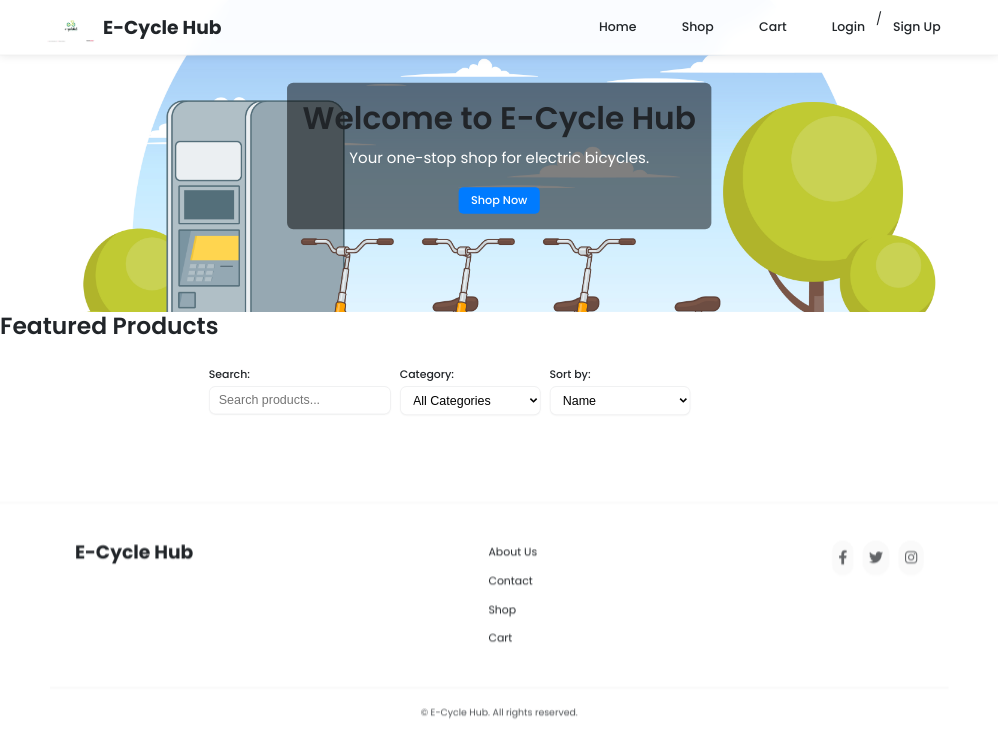
Repository: Rutuja-g/E-Cycle-Hub
Page: public/index.html
The author's editor kept a copy of each file at every save. The page is drawn from the files as they stood at one save, then again after the next save.
The browser window is 1280 px wide. The pictures show the whole page, at 78% of full size.

Above is the page before, as saved 2025-10-25 20:04:02.
Console error: ReferenceError: Utils is not defined

### public/index.html
<!DOCTYPE html>
<html lang="en">
  <head>
    <meta charset="UTF-8" />
    <meta name="viewport" content="width=device-width, initial-scale=1.0" />
    <title>E-Cycle Hub</title>
    <link rel="icon" href="favicon.ico" type="image/x-icon" />
    <link rel="preconnect" href="https://fonts.googleapis.com" />
    <link rel="preconnect" href="https://fonts.gstatic.com" crossorigin />
    <link
      href="https://fonts.googleapis.com/css2?family=Poppins:wght@300;400;500;600;700&display=swap"
      rel="stylesheet"
    />
    <link rel="stylesheet" href="css/reset.css" />
    <link rel="stylesheet" href="css/variables.css" />
    <link rel="stylesheet" href="css/main.css" />
    <link
      rel="stylesheet"
      href="https://cdnjs.cloudflare.com/ajax/libs/font-awesome/6.0.0/css/all.min.css"
    />
  </head>
  <body>
    <header>
      <div id="header"></div>
    </header>

    <main>
      <section class="hero">
        <img
          src="assets/images/banner.jpg"
          alt="E-Cycle Hub Banner"
          class="hero-banner"
        />
        <div class="hero-content">
          <h1>Welcome to E-Cycle Hub</h1>
          <p>Your one-stop shop for electric bicycles.</p>
          <a href="shop.html" class="btn">Shop Now</a>
        </div>
      </section>

      <section class="featured-products">
        <h2>Featured Products</h2>
        <div class="grid--featured"></div>
      </section>
    </main>

    <footer>
      <div id="footer"></div>
    </footer>

    <script src="js/components.js"></script>
    <script src="js/main.js"></script>
    <script src="js/auth.js"></script>
  </body>
</html>

### public/css/reset.css
html
/* CSS Reset */
* {
    margin: 0;
    padding: 0;
    box-sizing: border-box;
}

html, body {
    height: 100%;
    font-family: Arial, sans-serif;
}

img {
    max-width: 100%;
    height: auto;
}

a {
    text-decoration: none;
    color: inherit;
}

ul {
    list-style: none;
}

button {
    cursor: pointer;
}

### public/css/variables.css
:root {
  /* Color Palette */
  --primary-color: #007bff; /* Electric Blue */
  --primary-hover: #0056b3; /* Darker Blue for hover */
  --secondary-color: #28a745; /* Success Green */
  --secondary-hover: #218838; /* Darker Green */
  --accent-color: #ffc107; /* Warning Yellow */
  --accent-hover: #e0a800; /* Darker Yellow */
  --danger-color: #dc3545; /* Danger Red */
  --danger-hover: #c82333; /* Darker Red */

  /* Neutral Colors */
  --background-color: #ffffff; /* Pure White */
  --surface-color: #f8f9fa; /* Light Gray Surface */
  --card-color: #ffffff; /* Card Background */
  --text-color: #212529; /* Dark Gray Text */
  --text-muted: #6c757d; /* Muted Text */
  --border-color: #dee2e6; /* Light Border */
  --border-light: #f1f3f4; /* Very Light Border */

  /* Typography */
  --font-family: "Poppins", -apple-system, BlinkMacSystemFont, "Segoe UI",
    Roboto, sans-serif;
  --font-size-xs: 0.75rem; /* 12px */
  --font-size-sm: 0.875rem; /* 14px */
  --font-size-base: 1rem; /* 16px */
  --font-size-lg: 1.125rem; /* 18px */
  --font-size-xl: 1.25rem; /* 20px */
  --font-size-2xl: 1.5rem; /* 24px */
  --font-size-3xl: 1.875rem; /* 30px */
  --font-size-4xl: 2.25rem; /* 36px */
  --font-size-5xl: 3rem; /* 48px */

  --font-weight-light: 300;
  --font-weight-normal: 400;
  --font-weight-medium: 500;
  --font-weight-semibold: 600;
  --font-weight-bold: 700;

  --line-height-tight: 1.25;
  --line-height-normal: 1.5;
  --line-height-relaxed: 1.75;

  /* Spacing Scale */
  --spacing-xs: 0.25rem; /* 4px */
  --spacing-sm: 0.5rem; /* 8px */
  --spacing-md: 0.75rem; /* 12px */
  --spacing-lg: 1rem; /* 16px */
  --spacing-xl: 1.25rem; /* 20px */
  --spacing-2xl: 1.5rem; /* 24px */
  --spacing-3xl: 2rem; /* 32px */
  --spacing-4xl: 2.5rem; /* 40px */
  --spacing-5xl: 3rem; /* 48px */
  --spacing-6xl: 4rem; /* 64px */

  /* Layout */
  --max-width-xs: 20rem; /* 320px */
  --max-width-sm: 24rem; /* 384px */
  --max-width-md: 28rem; /* 448px */
  --max-width-lg: 32rem; /* 512px */
  --max-width-xl: 36rem; /* 576px */
  --max-width-2xl: 42rem; /* 672px */
  --max-width-3xl: 48rem; /* 768px */
  --max-width-4xl: 56rem; /* 896px */
  --max-width-5xl: 64rem; /* 1024px */
  --max-width-6xl: 72rem; /* 1152px */
  --max-width-7xl: 80rem; /* 1280px */
  --max-width-full: 100%;

  /* Border Radius */
  --border-radius-none: 0;
  --border-radius-sm: 0.125rem; /* 2px */
  --border-radius: 0.25rem; /* 4px */
  --border-radius-md: 0.375rem; /* 6px */
  --border-radius-lg: 0.5rem; /* 8px */
  --border-radius-xl: 0.75rem; /* 12px */
  --border-radius-2xl: 1rem; /* 16px */
  --border-radius-3xl: 1.5rem; /* 24px */
  --border-radius-full: 9999px;

  /* Shadows */
  --shadow-sm: 0 1px 2px 0 rgba(0, 0, 0, 0.05);
  --shadow: 0 1px 3px 0 rgba(0, 0, 0, 0.1), 0 1px 2px 0 rgba(0, 0, 0, 0.06);
  --shadow-md: 0 4px 6px -1px rgba(0, 0, 0, 0.1),
    0 2px 4px -1px rgba(0, 0, 0, 0.06);
  --shadow-lg: 0 10px 15px -3px rgba(0, 0, 0, 0.1),
    0 4px 6px -2px rgba(0, 0, 0, 0.05);
  --shadow-xl: 0 20px 25px -5px rgba(0, 0, 0, 0.1),
    0 10px 10px -5px rgba(0, 0, 0, 0.04);
  --shadow-2xl: 0 25px 50px -12px rgba(0, 0, 0, 0.25);

  /* Transitions */
  --transition-fast: 150ms ease-in-out;
  --transition-normal: 250ms ease-in-out;
  --transition-slow: 350ms ease-in-out;

  /* Z-Index Scale */
  --z-dropdown: 1000;
  --z-sticky: 1020;
  --z-fixed: 1030;
  --z-modal-backdrop: 1040;
  --z-modal: 1050;
  --z-popover: 1060;
  --z-tooltip: 1070;
}

### public/components/header.html
<nav class="navbar">
  <div class="nav-container">
    <div class="logo">
      <a href="index.html">
        <img src="assets/images/logo.jpg" alt="E-Cycle Hub Logo" />
        <span>E-Cycle Hub</span>
      </a>
    </div>
    <div class="nav-toggle" id="navToggle">
      <span></span>
      <span></span>
      <span></span>
    </div>
    <ul class="nav-links" id="navLinks">
      <li><a href="index.html" class="nav-link">Home</a></li>
      <li><a href="shop.html" class="nav-link">Shop</a></li>
      <li><a href="cart.html" class="nav-link">Cart</a></li>
      <li id="user-info" style="display: none">
        <span id="user-name"></span>
        <a href="orders.html" class="nav-link">My Orders</a>
        <a href="#" id="logout" class="nav-link">Logout</a>
      </li>
      <li id="auth-links">
        <a href="login.html" class="nav-link">Login</a>
        <span>/</span>
        <a href="signup.html" class="nav-link">Sign Up</a>
      </li>
    </ul>
  </div>
</nav>

### public/components/footer.html
<footer class="footer">
  <div class="container">
    <div class="footer-content">
      <div class="footer-logo">
        <h2>E-Cycle Hub</h2>
      </div>
      <div class="footer-links">
        <ul>
          <li><a href="about.html">About Us</a></li>
          <li><a href="contact.html">Contact</a></li>
          <li><a href="shop.html">Shop</a></li>
          <li><a href="cart.html">Cart</a></li>
        </ul>
      </div>
      <div class="footer-social">
        <a href="#" aria-label="Facebook"><i class="fab fa-facebook-f"></i></a>
        <a href="#" aria-label="Twitter"><i class="fab fa-twitter"></i></a>
        <a href="#" aria-label="Instagram"><i class="fab fa-instagram"></i></a>
      </div>
    </div>
    <div class="footer-bottom">
      <p>&copy; <span id="year"></span> E-Cycle Hub. All rights reserved.</p>
    </div>
  </div>
</footer>

Loaded but not shown: public/assets/data/products.json (47 lines, source omitted); public/js/main.js (337 lines, source omitted); public/js/auth.js (289 lines, source omitted); public/js/utils.js (134 lines, source omitted); public/js/components.js (31 lines, source omitted); public/css/main.css (2628 lines, source omitted)

After the next save:
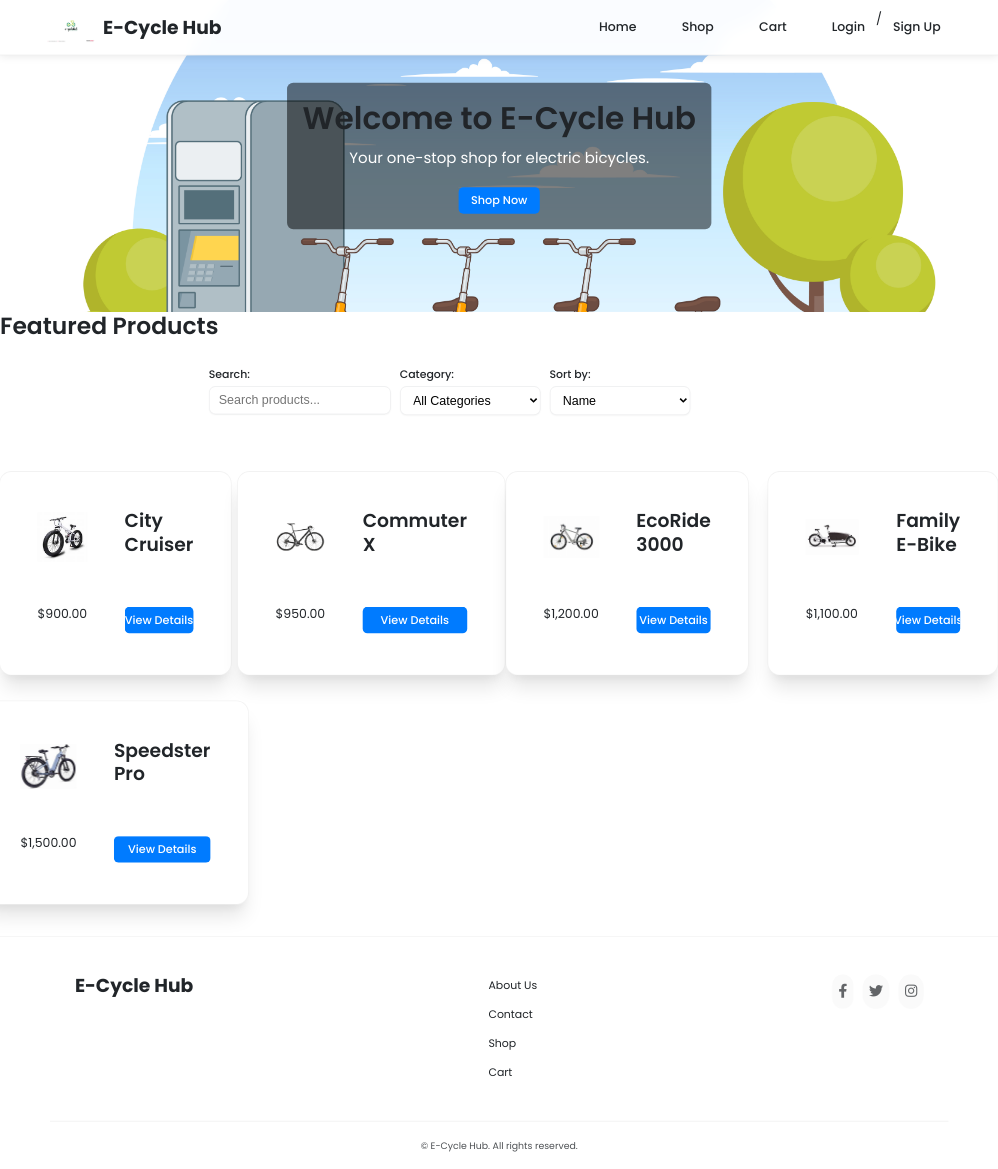
The error is gone.
Saved 5 min 5 s later.
--- a/public/index.html
+++ b/public/index.html
@@ -49,6 +49,7 @@
     </footer>
 
     <script src="js/components.js"></script>
+    <script src="js/utils.js"></script>
     <script src="js/main.js"></script>
     <script src="js/auth.js"></script>
   </body>
